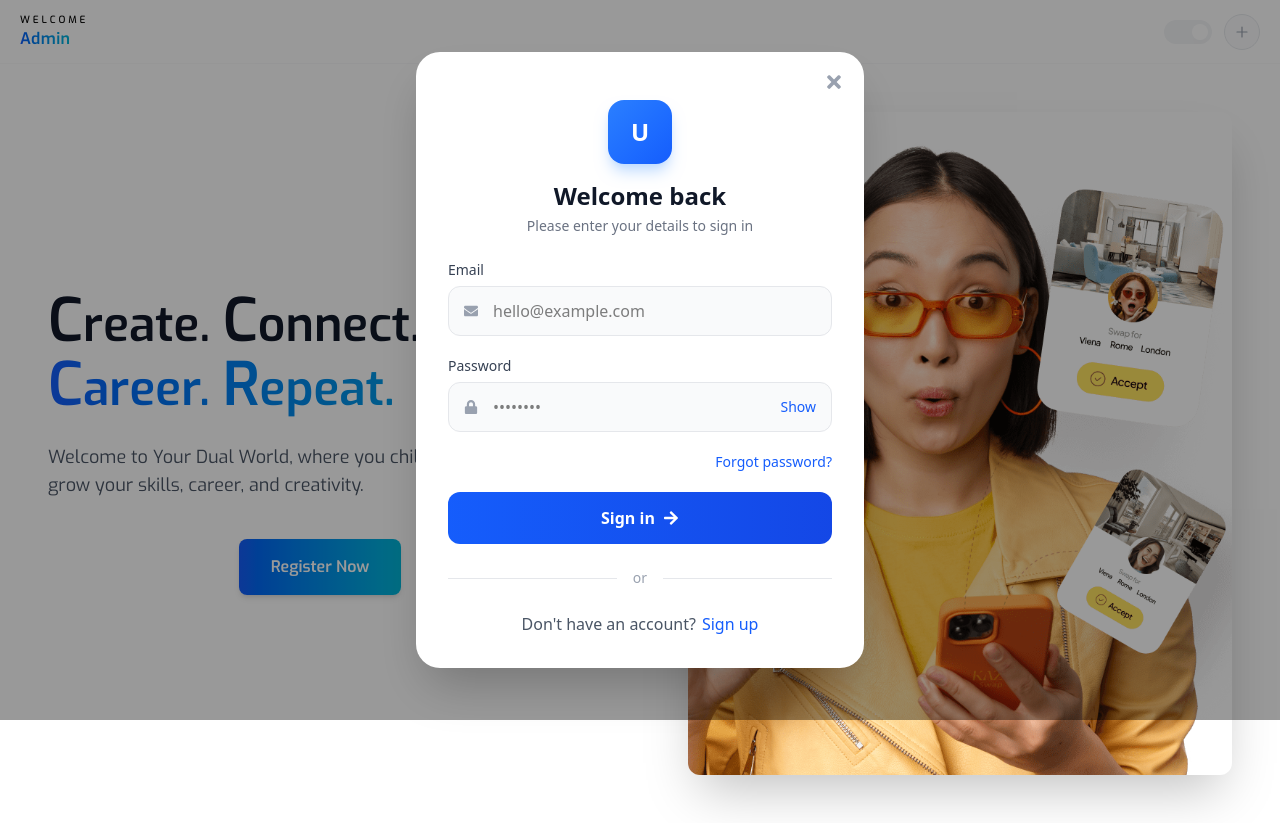
Repository: deepak445566/job
Page: / (app in frontend/), after clicking the first element matching `button.group`
An editor plug-in stored every save of this project. The page is shown before and after the next save, followed by the edit.
The browser window is 1280 px wide. The pictures show the whole page.
The page's requests for data from a server got no answer. Some web fonts or font styles are not loaded; a fallback is used. The project was rebuilt for these pictures with package versions that can differ from the ones it lists, and the page was loaded fresh each time. Some packages were replaced by stand-ins written for this rebuild. No one was signed in, and anything a server would have sent is missing. Also part of the build but not shown: frontend/vite.config.js, frontend/src/Components/study/StudyDashboard.jsx, frontend/src/Components/chill/ChillDashboard.jsx.

Above is the page before, as saved 2026-02-26 14:30:34.

After the next save:
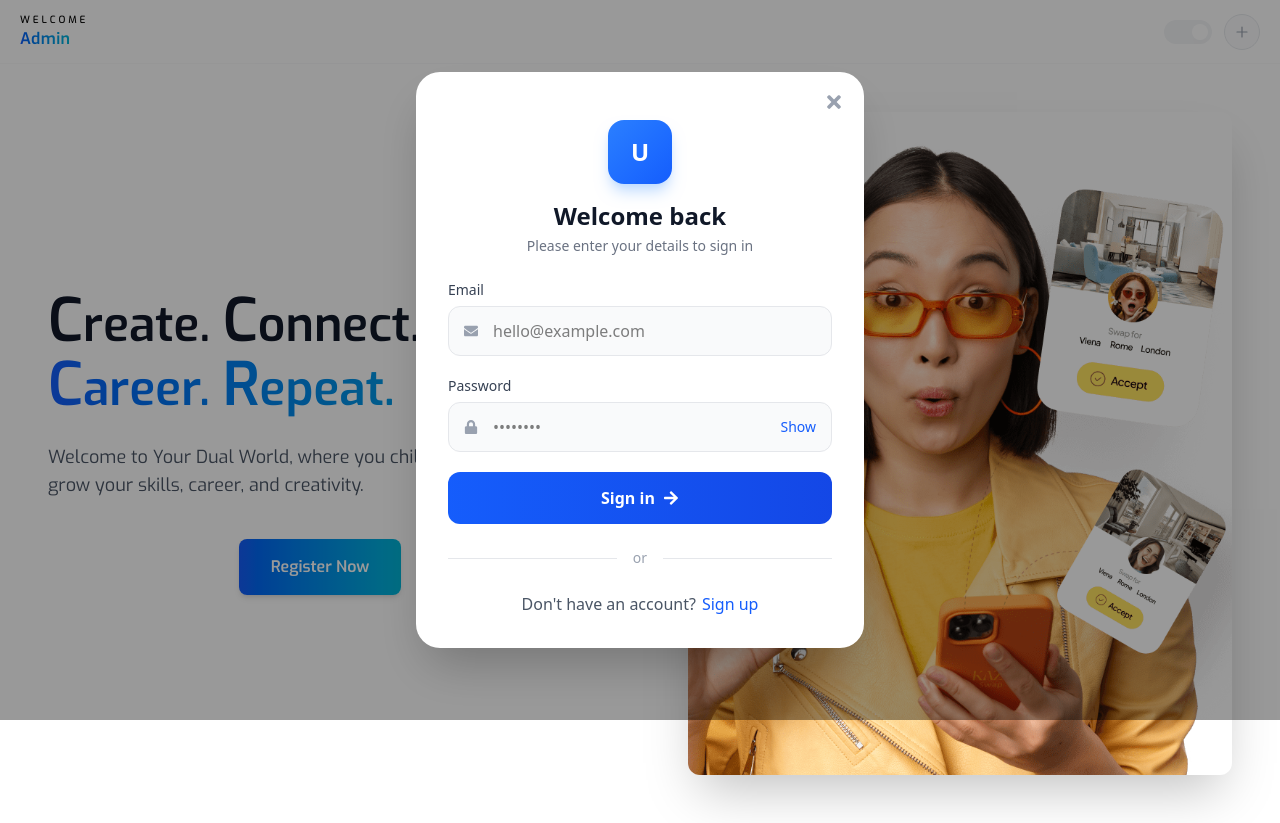
Saved 20 s later.
--- a/frontend/src/Components/auth/Login.jsx
+++ b/frontend/src/Components/auth/Login.jsx
@@ -147,13 +147,7 @@ function Login() {
               </div>
             </div>
 
-            {state === "login" && (
-              <div className="flex items-center justify-end">
-                <button className="text-sm text-blue-600 hover:text-blue-700 font-medium">
-                  Forgot password?
-                </button>
-              </div>
-            )}
+
 
             <button
               type="submit"
